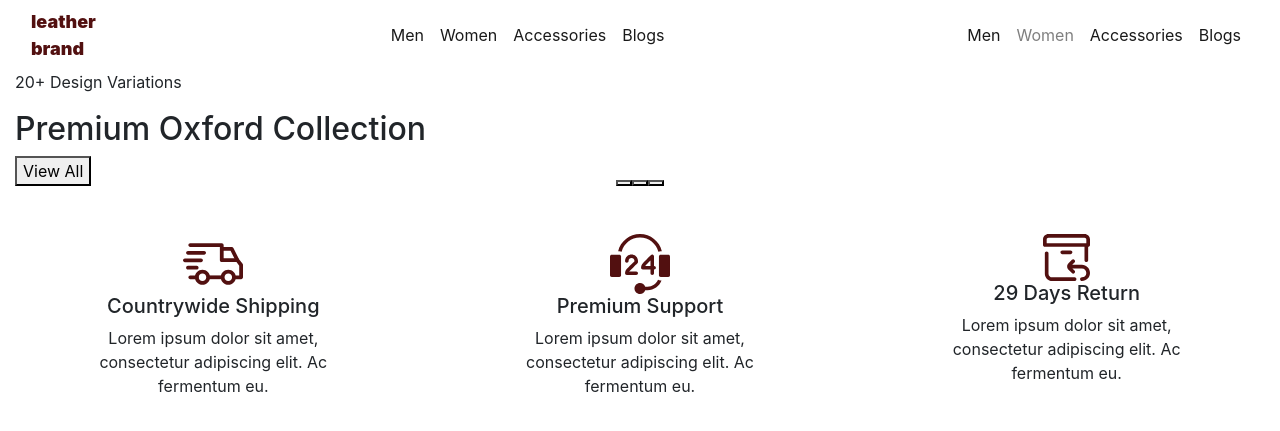
Repository: arif286/fashion-house
Page: /
An editor plug-in stored every save of this project. The page is shown before and after the next save, followed by the edit.
The browser window is 1280 px wide. The pictures show the whole page.
The project was rebuilt for these pictures with package versions that can differ from the ones it lists, and the page was loaded fresh each time. The framework's server and built-in components were replaced by stand-ins that run in the browser. Also part of the build but not shown: nuxt.config.js, components/Contact.vue, components/DisplayCollection.vue, components/Footer.vue, components/NewCollection.vue, components/NuxtLogo.vue, components/Products.vue, components/Tutorial.vue.

Above is the page before, as saved 2021-07-11 22:07:09.

### components/Nav.vue
<template>
  <nav class="navbar container navbar-expand-lg navbar-light">
    <div class="container-fluid">
      <div class="nav-title">
        <span>leather</span>
        <br />
        <span>brand</span>
      </div>
      <button
        class="navbar-toggler"
        type="button"
        data-bs-toggle="collapse"
        data-bs-target="#navbarSupportedContent"
        aria-controls="navbarSupportedContent"
        aria-expanded="false"
        aria-label="Toggle navigation"
      >
        <span class="navbar-toggler-icon"></span>
      </button>
      <div id="navbarSupportedContent" class="collapse navbar-collapse">
        <div class="d-flex justify-content-center w-100">
          <ul class="navbar-nav mb-2 mb-lg-0">
            <li class="nav-item">
              <a class="nav-link active" aria-current="page" href="#">Men</a>
            </li>
            <li class="nav-item">
              <a class="nav-link active" href="#">Women</a>
            </li>
            <li class="nav-item">
              <a class="nav-link active" href="#"> Accessories </a>
            </li>
            <li class="nav-item">
              <a class="nav-link active" href="#">Blogs</a>
            </li>
          </ul>
        </div>
        <div class="ml-auto">
          <ul class="navbar-nav mb-2 mb-lg-0">
            <li class="nav-item">
              <a class="nav-link active" aria-current="page" href="#">Men</a>
            </li>
            <li class="nav-item">
              <a class="nav-link" href="#">Women</a>
            </li>
            <li class="nav-item">
              <a class="nav-link active" href="#"> Accessories </a>
            </li>
            <li class="nav-item">
              <a class="nav-link active" href="#">Blogs</a>
            </li>
          </ul>
        </div>
      </div>
    </div>
  </nav>
</template>

<script></script>
<style scoped>
.nav-title {
  color: #521010;
  font-weight: 900;
  font-size: 18px;
}
.nav-title:hover {
  color: #521010;
  font-weight: bold;
}
.nav-item a {
  color: #000;
}
</style>

### components/Service.vue
<template>
  <div class="container">
    <div class="row">
      <div
        v-for="service in services"
        :key="service.id"
        class="col-md-4 col-12"
      >
        <div class="d-flex justify-content-center">
          <div class="service-box text-center">
            <img :src="require(`@/assets/Images/${service.image}`)" alt="" />
            <h5>{{ service.title }}</h5>
            <p>{{ service.text }}</p>
          </div>
        </div>
      </div>
    </div>
  </div>
</template>

<script>
export default {
  props: {
    services: { type: Array, required: true },
  },
}
</script>
<style>
.service-box {
  width: 250px;
}
</style>

### components/Slider.vue
<template>
  <div class="container mb-5">
    <div
      id="carouselExampleIndicators"
      class="carousel slide"
      data-bs-ride="carousel"
    >
      <div class="carousel-indicators">
        <button
          type="button"
          data-bs-target="#carouselExampleIndicators"
          data-bs-slide-to="0"
          class="active"
          aria-current="true"
          aria-label="Slide 1"
        ></button>
        <button
          type="button"
          data-bs-target="#carouselExampleIndicators"
          data-bs-slide-to="1"
          aria-label="Slide 2"
        ></button>
        <button
          type="button"
          data-bs-target="#carouselExampleIndicators"
          data-bs-slide-to="2"
          aria-label="Slide 3"
        ></button>
      </div>
      <div class="carousel-inner">
        <div class="carousel-item active">
          <div>
            <p>20+ Design Variations</p>
            <h2>Premium Oxford Collection</h2>
            <button>View All</button>
          </div>
        </div>
        <div class="carousel-item">
          <div>
            <p>20+ Design Variations</p>
            <h2>Premium Oxford Collection</h2>
            <button>View All</button>
          </div>
        </div>
      </div>
    </div>
  </div>
</template>

<script></script>

### pages/index.vue
<template>
  <div>
    <Nav />
    <Slider />
    <Service :services="serviceData" />
  </div>
</template>

<script>
import { serviceData } from '@/assets/data.js'
export default {
  data() {
    return {
      serviceData,
    }
  },
}
</script>
<style>
@import url('https://fonts.googleapis.com/css2?family=Roboto:ital,wght@0,100;0,300;0,400;0,500;0,700;0,900;1,100;1,300;1,400;1,500;1,700;1,900&display=swap');

.body {
  font-family: 'Roboto', sans-serif;
}
.container {
  max-width: 1780px;
}
</style>

### assets/data.js
export const serviceData = [
  {
    id: 1,
    image: 'delivery.svg',
    title: 'Countrywide Shipping',
    text: 'Lorem ipsum dolor sit amet, consectetur adipiscing elit. Ac fermentum eu.',
  },
  {
    id: 2,
    image: 'call-center.svg',
    title: 'Premium Support',
    text: 'Lorem ipsum dolor sit amet, consectetur adipiscing elit. Ac fermentum eu.',
  },
  {
    id: 3,
    image: 'return.svg',
    title: '29 Days Return',
    text: 'Lorem ipsum dolor sit amet, consectetur adipiscing elit. Ac fermentum eu.'
  }
]

After the next save:
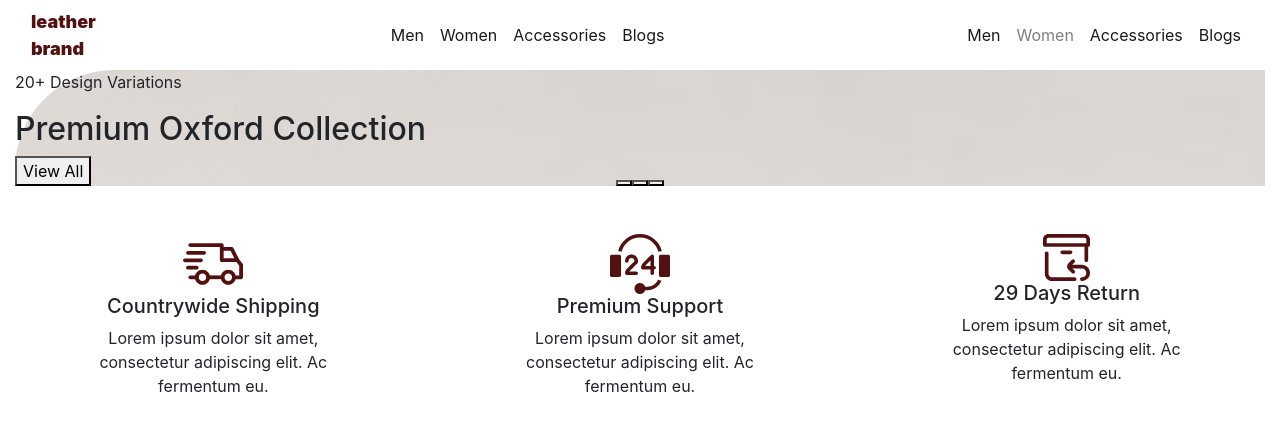
Saved 48 s later.
--- a/components/Slider.vue
+++ b/components/Slider.vue
@@ -48,3 +48,8 @@
 </template>
 
 <script></script>
+<style>
+.carousel-item {
+  background-image: url('@/assets/Images/hero1.png');
+}
+</style>
